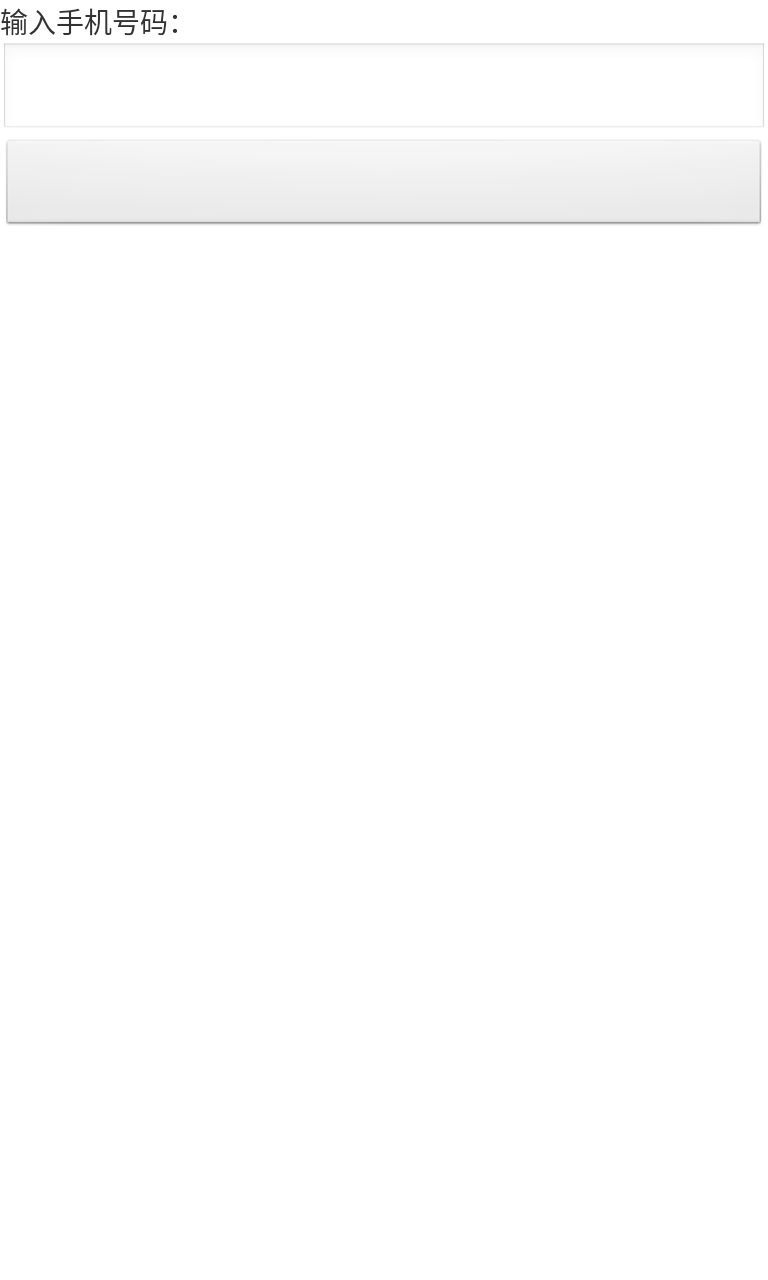
Repository: CrowleyLucky/AndroidLearningNotes
Layout: 15_MobileNumberQuery/res/layout/activity_main.xml
The author's editor kept a copy of each file at every save. The layout is drawn from the files as they stood at one save, then again after the next save.
It is drawn on a 768 x 1280 px phone screen (xhdpi) without system bars, with theme AppTheme; the app's code is not run.

Above is the layout before, as saved 2014-02-28 07:42:20.

### 15_MobileNumberQuery/res/layout/activity_main.xml
<LinearLayout xmlns:android="http://schemas.android.com/apk/res/android"
    xmlns:tools="http://schemas.android.com/tools"
    android:layout_width="match_parent"
    android:layout_height="match_parent"
    android:orientation="vertical"
    tools:context=".MainActivity" >

    <TextView
        android:layout_width="wrap_content"
        android:layout_height="wrap_content"
        android:text="@string/prompt" />
    <EditText
        android:layout_width="match_parent"
        android:layout_height="wrap_content"
        android:inputType="numberSigned"/>
    <Button
        android:layout_width="match_parent"
        android:layout_height="wrap_content"
        android:id="@+id/queryButton"/>
    <TextView
        android:layout_height="wrap_content"
        android:layout_width="match_parent"
        android:gravity="center"
        android:id="@+id/belonging"/>

</LinearLayout>

### 15_MobileNumberQuery/res/values/strings.xml
<?xml version="1.0" encoding="utf-8"?>
<resources>

    <string name="app_name">手机归属地查询</string>
    <string name="action_settings">Settings</string>
    <string name="prompt">输入手机号码：</string>
    <string name="empty_tel">请填写电话号码！</string>
    <string name="click_query">点击查询</string>

</resources>

Loaded but not shown: 15_MobileNumberQuery/res/values/styles.xml (common file)

After the next save:
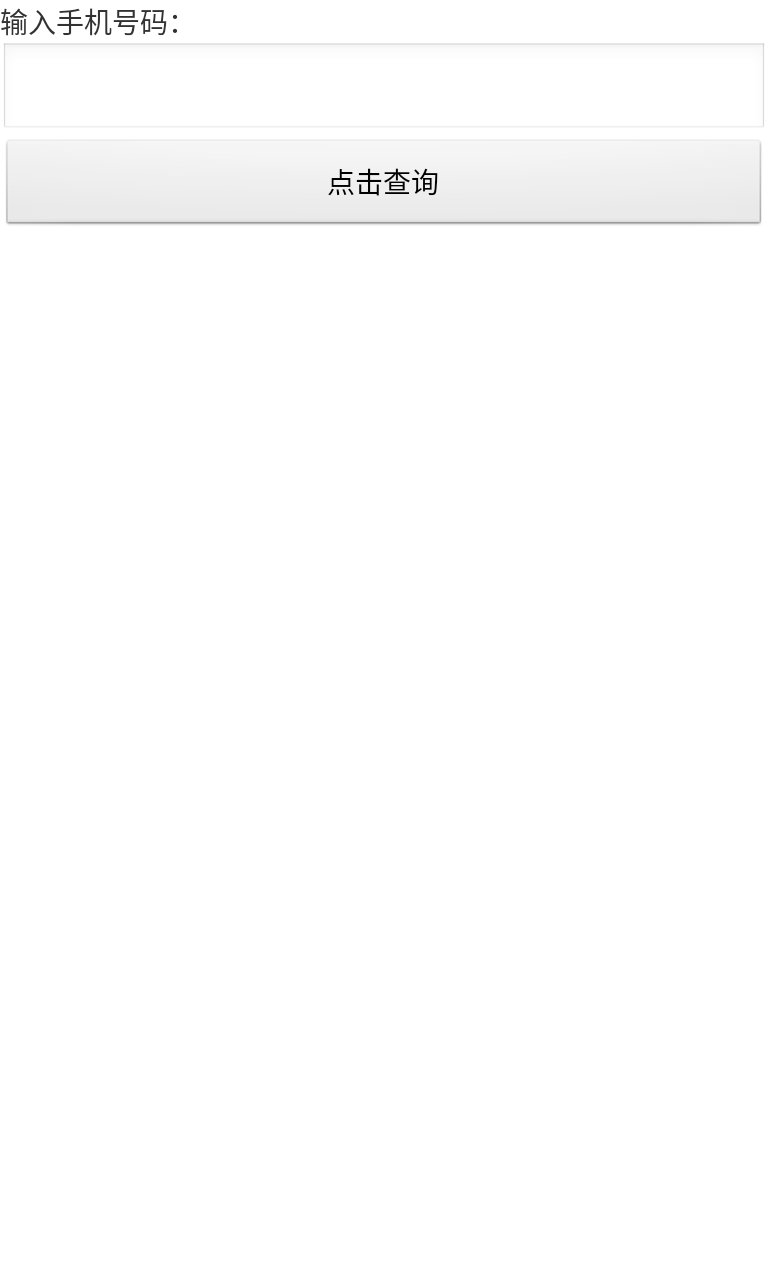
Saved 5 s later.
--- a/15_MobileNumberQuery/res/layout/activity_main.xml
+++ b/15_MobileNumberQuery/res/layout/activity_main.xml
@@ -16,7 +16,8 @@
     <Button
         android:layout_width="match_parent"
         android:layout_height="wrap_content"
-        android:id="@+id/queryButton"/>
+        android:id="@+id/queryButton"
+        android:text="@string/click_query"/>
     <TextView
         android:layout_height="wrap_content"
         android:layout_width="match_parent"
